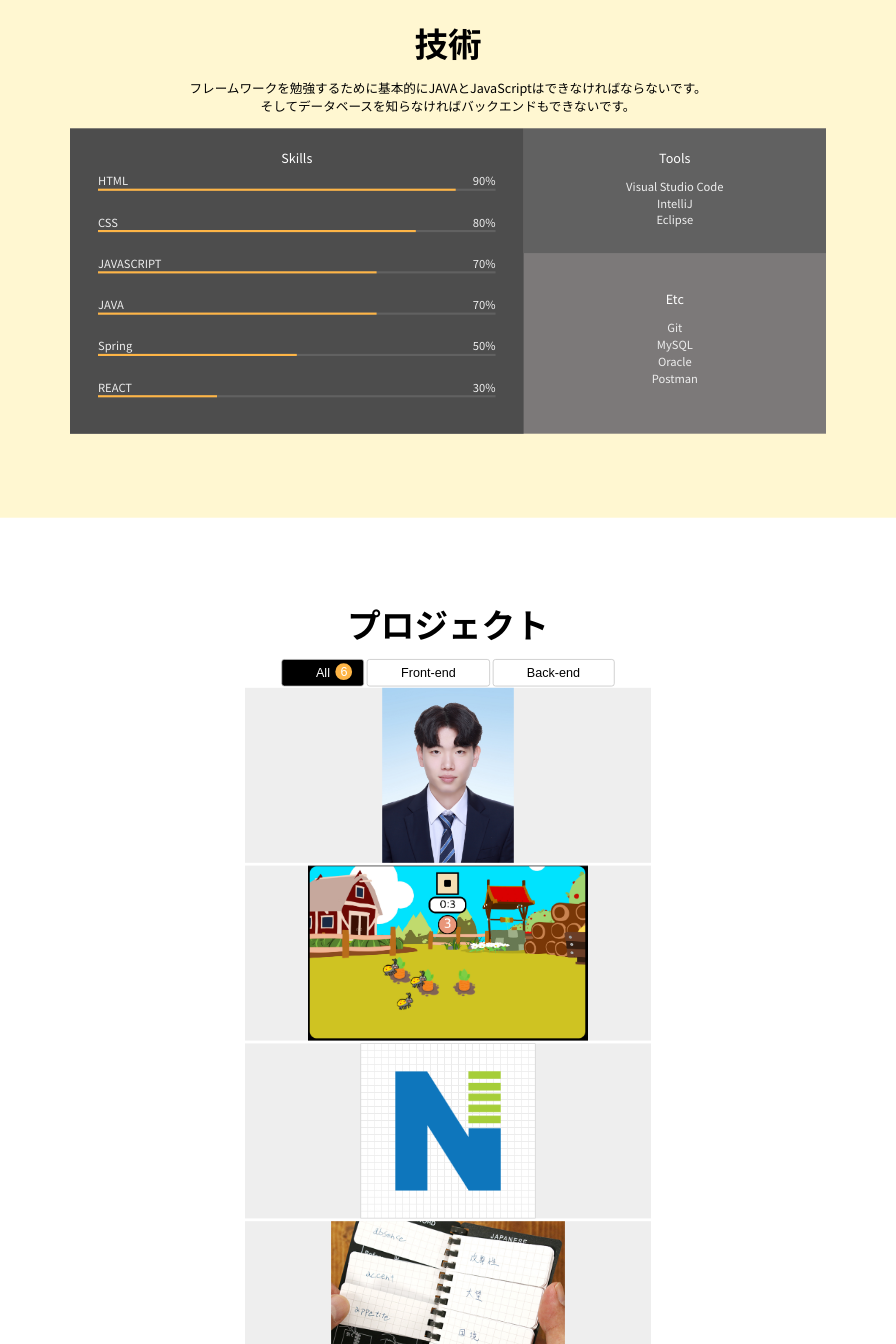
Repository: N1C0N1C0/website_introduction
Page: index.html
An editor plug-in stored every save of this project. The page is shown before and after the next save, followed by the edit.
The browser window is 1280 px wide. The pictures show the part of the page from y = 1722 to 3642 px (the page is 4848 px tall), at 70% of full size.
Some web libraries are served in a nearby version.

Above is the page before, as saved 2023-08-31 15:27:28.

### index.html
<!DOCTYPE html>
<html lang="en">
  <head>
    <meta charset="UTF-8" />
    <meta name="viewport" content="width=device-width, initial-scale=1.0" />
    <title>自己紹介</title>
    <meta
      name="description"
      content="Portfolio for engineer KimJeongmin"
    />
    <meta name="author" content="Kim" />
    <link rel="icon" type="image/icon" href="imgs/file-pdf-solid.svg" />
    <script src="https://kit.fontawesome.com/04742e9fab.js" crossorigin="anonymous"></script>
    <link href="https://fonts.googleapis.com/css2?family=Noto+Sans+JP:wght@300;400;500&display=swap" rel="stylesheet">

    <link rel="stylesheet" href="style.css" />
    <script src="main.js" defer></script>
  </head>
  <body>
    <!-- Navbar -->
    <nav id="navbar">
      <div class="navbar__logo">
        <i class="fa-regular fa-face-smile"></i>
        <a href="#">キムジョンミン</a>
      </div>
        <ul class="navbar__menu">
          <li class="navbar__menu__item active" data-link="#home">ホーム</li>
          <li class="navbar__menu__item" data-link="#about">紹介</li>
          <li class="navbar__menu__item" data-link="#skills">技術</li>
          <li class="navbar__menu__item" data-link="#work">プロジェクト</li>
          <li class="navbar__menu__item" data-link="#contact">連絡</li>
        </ul>

      <!-- Toggle button -->
      <button class="navbar__toggle-btn">
        <i class="fa-solid fa-bars"></i>
      </button>
    </nav>

    <!-- Home -->
    <section id="home">
      <div class="home__container">
      <img src="imgs/kimu.jpg" alt="Anzang" class="home__avatar" />
      <h1 class="home__title">ようこそ <br />キムジョンミンと申します。</h1>
      <h2 class="home__description">
        今は株式会社SISに内定者です。
      </h2>
      <button class="home__contact">連絡しましょう</button>
    </div>
    </section>
    <!-- About -->
    <section id="about" class="section" class="section__container">
      <h1>自己紹介</h1>
      <p>
        初めまして、2022年9月からITの方を勉強しています。<br>
        研修院ではJAVAのみ習ってからあまりは独学で本とネット講義から見て勉強しています。<br>
        最近はspringとreactというフレームワークに関して学んでいます。
      <div class="about__majors">
        <div class="major">
          <div class="major__icon">
            <i class="fa-solid fa-desktop"></i>
          </div>
          <h2 class="major__title">Front-end</h2>
          <div class="major__description">
            HTML, CSS, JavaScript
            <br />React
          </div>
        </div>
        <div class="major">
          <div class="major__icon">
            <i class="fa-solid fa-database"></i>
          </div>
          <h2 class="major__title">Back-end</h2>
          <div class="major__description">
            Java, JavaScript
            <br />
            Spring
          </div>
        </div>
      </div>
      <div class="about__jobs">
        <div class="job">
          <img src="imgs/sis_image.png" alt="sis" class="job__logo" style="width: 100px; height: 70px;"/>
          <div class="job_description">
            <p class="job__name">
              現在、株式会社SISの内定者
            </p>
            <p class="job__period">2023 SIS - From now on</p>
          </div>
        </div>
      </div>
    </section>

    <!-- Skills -->
    <section id="skills" class="section">
      <div class="section__container">
      <h1>技術</h1>
      <p>
        フレームワークを勉強するために基本的にJAVAとJavaScriptはできなければならないです。<br>
        そしてデータベースを知らなければバックエンドもできないです。
      </p>
      <div class="skillset">
        <div class="skillset__left">
          <h3 class="skillset__title">Skills</h3>
          <div class="skill">
            <div class="skill__description">
              <span>HTML</span>
              <span>90%</span>
            </div>
            <div class="skill__bar">
              <div class="skill__value" style="width: 90%;"></div>
            </div>
          </div>
          <div class="skill">
            <div class="skill__description">
              <span>CSS</span>
              <span>80%</span>
            </div>
            <div class="skill__bar">
              <div class="skill__value" style="width: 80%;"></div>
            </div>
          </div>
          <div class="skill">
            <div class="skill__description">
              <span>JAVASCRIPT</span>
              <span>70%</span>
            </div>
            <div class="skill__bar">
              <div class="skill__value" style="width: 70%;"></div>
            </div>
          </div>
          <div class="skill">
            <div class="skill__description">
              <span>JAVA</span>
              <span>70%</span>
            </div>
            <div class="skill__bar">
              <div class="skill__value" style="width: 70%;"></div>
            </div>
          </div>
          <div class="skill">
            <div class="skill__description">
              <span>Spring</span>
              <span>50%</span>
            </div>
            <div class="skill__bar">
              <div class="skill__value" style="width: 50%;"></div>
            </div>
          </div>
          <div class="skill">
            <div class="skill__description">
              <span>REACT</span>
              <span>30%</span>
            </div>
            <div class="skill__bar">
              <div class="skill__value" style="width: 30%;"></div>
            </div>
          </div>
        </div>
        <div class="skillset__right">
          <div class="tools">
            <h3 class="skillset__title">Tools</h3>
            <ul class="tools__list">
              <li><span>Visual Studio Code</span></li>
              <li><span>IntelliJ</span></li>
              <li><span>Eclipse</span></li>
            </ul>
          </div>
          <br>
          <div class="etc">
            <h3 class="skillset__title">Etc</h3>
            <ul class="ect__list">
              <li><span>Git</span></li>
              <li><span>MySQL</span></li>
              <li><span>Oracle</span></li>
              <li><span>Postman</span></li>
            </ul>
          </div>
        </div>
      </div>
    </div>
    </section>
    <!-- Work -->
    <section id="work" class="section">
      <div class="section__container">
      <h1>プロジェクト</h1>
      <div class="work__categories">
        <button class="category__btn selected" data-filter="*">
          All<span class="category__count">6</span>
        </button>
        <button class="category__btn" data-filter="front-end">
          Front-end<span class="category__count">2</span>
        </button>
        <button class="category__btn" data-filter="back-end">
          Back-end<span class="category__count">4</span>
        </button>
      </div>

      <div class="work__projects">
        <a
          href="https://www.youtube.com/@dream-coding"
          class="project"
          target="_blank"
          data-type="front-end"
        >
          <img
            src="imgs/kimu.jpg"
            alt="kimu"
            class="project__img"
          />
          <div class="project__description">
            <h3>自己紹介</h3>
            <span>このウェブサイトを参考にして作ってもいいです。</span>
          </div>
        </a>
        <a
          href="https://github.com/N1C0N1C0/mini_game"
          class="project"
          target="_blank"
          data-type="front-end"
        >
          <img
            src="imgs/mini_game_image.png"
            alt="mini_game"
            class="project__img"
          />
          <div class="project__description">
            <h3>ミニゲーム</h3>
            <span>虫(🐝)を避けてニンジン(🥕)をすべてクリックしたら勝利！</span>
          </div>
        </a>
        <a
          href="https://github.com/N1C0N1C0/JSP-HRD0620"
          class="project"
          target="_blank"
          data-type="back-end"
        >
          <img
            src="imgs/ncs_image.gif"
            alt="Ncs"
            class="project__img"
          />
          <div class="project__description">
            <h3>NCS試験(JSP)</h3>
            <span>情報処理産業技師を取るために何も参考しなくて掲示板を作ることができます。</span>
          </div>
        </a>
        <a
          href="https://github.com/N1C0N1C0/jsp_wordBook"
          class="project"
          target="_blank"
          data-type="back-end"
        >
          <img
            src="imgs/woodbook_image.png"
            alt="Woodbook"
            class="project__img"
          />
          <div class="project__description">
            <h3>Wordbook(JSP)</h3>
            <span>覚えたい単語があったらすぐに登録してから後で読めます。</span>
          </div>
        </a>
        <a
          href="https://github.com/N1C0N1C0/naver_api_search"
          class="project"
          target="_blank"
          data-type="back-end"
        >
          <img
            src="imgs/naver_api_image.jpeg"
            alt="naver_api"
            class="project__img"
          />
          <div class="project__description">
            <h3>Naver API 検索機能</h3>
            <span>Naverから検索機能を利用して食店の情報が出ます。</span>
          </div>
        </a>
        <a
          href="https://github.com/N1C0N1C0/spring_shop"
          class="project"
          target="_blank"
          data-type="back-end"
        >
          <img
            src="imgs/shop_image.jpeg"
            alt="shop"
            class="project__img"
          />
          <div class="project__description">
            <h3>服屋</h3>
            <span>Spring Bootのいろんな機能を利用してウェーブショッピングモールです。</span>
          </div>
        </a>
      </div>
      </div>
    </section>
    <!-- Contact -->
    <section id="contact" class="section">
      <h1 class="contact__title">話しましょう！</h1>
      <h2 class="contact__email">dothd8775@gmail.com</h2>
      <div class="contact__links">
        <a href="https://github.com/N1C0N1C0" target="_blank">
          <i class="fa-brands fa-github"></i>
        </a>
        <a href="https://github.com/N1C0N1C0" target="_blank">
          <i class="fa-brands fa-square-git"></i>
        </a>
      </div>
      <p class="contact__rights">
        2023 個人プロジェクト - All rights reserved
      </p>
    </section>

    <!-- Arrow up -->
    <button class="arrow__up">
      <i class="fa-solid fa-arrow-up"></i>
    </button>
  </body>
</html>

### style.css
/* Global */
:root {
    /* Color */
    --color-white: #fff;
    --color-light-white: #eee;
    --color-dark-white: #bdbdbd;
    --color-pink: #fe918d;
    --color-dark-pink: #ff6863;
    --color-black: #4d4d4d;
    --color-dark-grey: #4d4d4d;
    --color-grey: #616161;
    --color-light-grey: #7c7979;
    --color-blue: #73aace;
    --color-yellow: #fff7d1;
    --color-orange: #feb546;
    --color-black: #000;

    /* Font size */
    --font-large: 48px;
    --font-medium: 28px;
    --font-regular: 18px;
    --font-small: 16px;
    --font-micro: 14px;

    /* Font weight */
    --weight-bold: 700;
    --weight-semi-bold: 600;
    --weight-regular: 400;

    /* Size */
    --size-border-radius: 4px;

    /* Animation */
    --animation-duration: 300ms;
}

/* Universal tags */
* {
    box-sizing: border-box;
}

body {
    font-family: 'Noto Sans JP', sans-serif;
    margin: 0;
    cursor: default;
}

a {
    text-decoration: none;
    color: var(--color-white);
}

ul {
    list-style: none;
    padding-left: 0;
}

button {
    background-color: transparent;
    cursor: pointer;
    border: none;
    outline: none;
    padding: 0;
}

/* Typography */
h1 {
    font-size: var(--font-large);
    font-weight: var(--weight-bold);
    color: var(--color-black);
    margin: 16px 0;
}

h2 {
    font-size: var(--font-medium);
    font-weight: var(--weight-semi-bold);
    color: var(--color-black);
    margin: 8px 0;
}

h3 {
    font-size: var(--font-regular);
    font-weight: var(--weight-regular);
    color: var(--color-black);
    margin: 8px 0;
}

p {
    font-size: var(--font-regular);
    font-weight: var(--weight-regular);
    color: var(--color-black);
    margin: 4px 0;
}

/* Navbar */
#navbar {
    position: fixed;
    width: 100%;
    display: flex;
    justify-content: space-between;
    background-color: transparent;
    align-items: center;
    color: var(--color-white);
    padding: 16px;
    transition: all var(--animation-duration) ease-in-out;
    z-index: 1;
}

#navbar.navbar--dark {
    background-color: var(--color-black);
    padding: 16px;

}

.navbar__menu {
    display: flex;
}

.navbar__logo {
    font-size: var(--font-medium);
    font-weight: var(--weight-semi-bold);
}

.navbar__menu__item {
    padding: 8px 12px;
    margin: 0 4px;
    cursor: pointer;
    color: var(--color-white);
    border: 1px solid transparent;
    border-radius: var(--size-border-radius);
}

.navbar__menu__item.active {
    border: 1px solid var(--color-white);
}

.navbar__menu__item:hover {
    border-color: var(--color-white);
    background-attachment: var(--color-dark-grey);
}

.navbar__toggle-btn {
    position: absolute;
    top: 20px;
    right: 32px;
    font-size: 24px;
    color: var(--color-white);
    display: none;
}

/* Home */
#home {
    background-color: var(--color-black);
    padding: 40px;
    padding-top: 120px;
    text-align: center;
}

.home__avatar {
    width: 250px;
    height: 250px;
    border-radius: 50%;
    border: 2px solid var(--color-light-white);
}

.home__title,
.home__description {
    color: var(--color-white);
}

.home__contact {
    color: var(--color-white);
    font-size: var(--font-regular);
    font-weight: var(--weight-bold);
    margin: 24px;
    padding: 8px 12px;
    border: 2px solid var(--color-white);
    border-radius: var(--size-border-radius);
}

.home__contact:hover {
    background-color: var(--color-orange);
}

/* Section common */
.section {
    padding: 100px;
    text-align: center;
    margin: auto;
}

.section__container {
    max-width: 1200px;
    margin: auto;
}

/* About */
.about__majors {
    display: flex;
    justify-content: space-around;
    margin: 80px 0;
}

.major__icon {
    width: 170px;
    height: 170px;
    line-height: 170px;
    font-size: 70px;
    margin: auto;
    color: var(--color-blue);
    border: 1px solid var(--color-blue);
    border-radius: 50%;
    margin-bottom: 16px;
}
.major__icon i {
    transition: all var(--animation-duration) ease;
}
.major__icon:hover i {
    color: var(--color-pink);
    transform: rotate(-45deg) scale(1.1);
}
.major__title, .major__description {
    color: var(--color-dark-grey);
}

.major__description {
    font-size: var(--font-small);
}

.job {
    display: flex;
    align-items: center;
    margin-bottom: 10px;
}

.job_description {
    margin: 0 16px;
    text-align: left;
}

.job__name,
.job__period {
    color: var(--color-light-grey);
}

.job__name {
    font-size: var(font-small);
}

.job__period {
    font-size: var(--font-micro);
}

/* Skill */

#skills {
    background-color: var(--color-yellow);
}

.skillset {
    display: flex;
    background-color: var(--color-light-grey);
    color: var(--color-light-white);
    margin: 20px 0;
}

.skillset__title {
    color: var(--color-white);
}

.skill {
    margin-bottom: 32px;
}

.skill__description {
    display: flex;
    justify-content: space-between;
}

.skillset__left {
    flex-basis: 60%;
    background-color: var(--color-dark-grey);
    padding: 20px 40px;
}

.skill__bar {
    width: 100%;
    height: 3px;
    background-color: var(--color-grey);
}

.skill__value {
    height: 3px;
    background-color: var(--color-orange);
}

.skillset__right {
    flex-basis: 40%;
}

.tools {
    background-color: var(--color-grey);
}

.tools,
.etc {
    padding: 20px;
}

/* Work */

.work_categories {
    margin: 40px;
}

.category__btn {
    border: 1px solid var(--color-dark-white);
    border-radius: var(--size-border-radius);
    font-size: var(--font-regular);
    padding: 8px 48px;
    position: relative;
}

.category__btn.selected,
.category__btn:hover {
    background-color: var(--color-black);
    color: var(--color-white);
}

.category__btn.selected .category__count,
.category__btn:hover .category__count {
    opacity: 1;
}
.category__count {
    background-color: var(--color-orange);
    border-radius: 50%;
    color: var(--color-white);
    margin-left: 5px;
    width: 24px;
    height: 24px;
    line-height: 24px;
    display: inline-block;
    position: absolute;
    top: 5px;
    right: 16px;
    opacity: 0;
    transition: all var(--animation-duration) ease;
}

.work__projects {
    display: flex;
    flex-wrap: wrap;
    justify-content: center;
    opacity: 1;
    transition: all var(--animation-duration) ease-out;
}

.work__projects.anim-out {
    opacity: 0;
    transform: scale(0.96) translateY(40px);

}

.project {
    position: relative;
    display: flex;
    flex-direction: column;
    justify-content: center;
    width: 580px;
    height: 250px;
    margin: 2px;
    background-color: var(--color-light-white);
}

.project.invisible {
    display: none;
}

.project__img {
    max-width: 100%;
    max-height: 100%;
    align-self: center;
}

.project__description {
    position: absolute;
    background-color: black;
    display: flex;
    flex-direction: column;
    justify-content: center;
    width: 100%;
    height: 100%;
    top: 0;
    left: 0;
    opacity: 0;
    transform: translateY(15px);
    transition: all var(--animation-duration) ease-in;
}

.project:hover .project__description {
    opacity: 0.8;
    transform: translateY(0px);
}

.project__description h3 {
    color: var(--color-orange);
}

.project__description h3:after {
    content: '';
    display: block;
    position: relative;
    left: 50%;
    width: 50px;
    height: 2px;
    transform: translateX(-25%);
    margin-left: -12px;
    margin-top: 8px;
    background-color: var(--color-dark-white);
}



/* Contact */
#contact {
    background-color: var(--color-black);
}

.contact__title,
.contact__email,
.contact__rights {
    color: var(--color-white);
}

.contact__title {
    margin: 32px 0;
}

.contact__links {
    font-size: var(--font-large);
    margin: 24px 0;
}

.contact__links i:hover {
    transform: scale(1.1);
    color: var(--color-yellow);
    transition: all var(--animation-duration) ease-in;
}

/* Scroll */
.arrow__up {
    position: fixed;
    bottom: 50px;
    right: 50px;
    width: 70px;
    height: 70px;
    font-size: 50px;
    color: var(--color-white);
    background-color: var(--color-black);
    border-radius: 50%;
    opacity: 0;
    pointer-events: none;
    transition: all var(--animation-duration) ease-in;
}

.arrow__up.visible {
    opacity: 1;
    pointer-events: auto;
}

/* For below 768px screen width */
@media screen and (max-width: 768px) {
    :root {
        /* Font size */
        --font-large: 30px;
        --font-medium: 18px;
        --font-regular: 16px;
        --font-small: 14px;
        --font-micro: 12px;
    }

    .navbar__toggle-btn {
        display: block;
        top: 16px;
        right: 16px;
        font-size: var(--font-medium);
    }

    #navbar {
        flex-direction: column;
        align-items: flex-start;
        background-color: var(--color-black);
    }

    #navbar.navbar--dark {
        padding: 16px;
    }

    .navbar__menu {
        flex-direction: column;
        text-align: center;
        width: 100%;
        display: none;
    }

    .navbar__menu.open {
        display: block;
    }

    .section {
        padding: 16px;
        padding-top: 40px;
    }

    .about__majors {
        flex-direction: column;
        margin-top: 30px;
        margin-bottom: 0;
    }

    .major {
        margin-bottom: 30px;
    }

    .skillset {
        flex-direction: column;
    }

    .category__btn {
        margin: 4px 0;
    }

    .work__categories {
        display: flex;
        flex-direction: column;
        margin-bottom: 10px;
    }

    .project {
        flex-grow: 1;
    }

    .testimonial {
        flex-direction: column;
        align-items: center;
    }

    .testimonial__avatar {
        width: 120px;
        height: 120px;
    }

    .testimonial__avatar:nth-child(odd),
    .testimonial__avatar:nth-child(even) {
        margin: 0;
        margin-bottom: 8px;
    }

    .testimonial__speech-bubble {
        order: 1;
    }

    .arrow__up {
        width: 50px;
        height: 50px;
        font-size: 30px;
        right: 16px;
        bottom: 16px;
    }
}

Loaded but not shown: main.js (153 lines, source omitted)

After the next save:
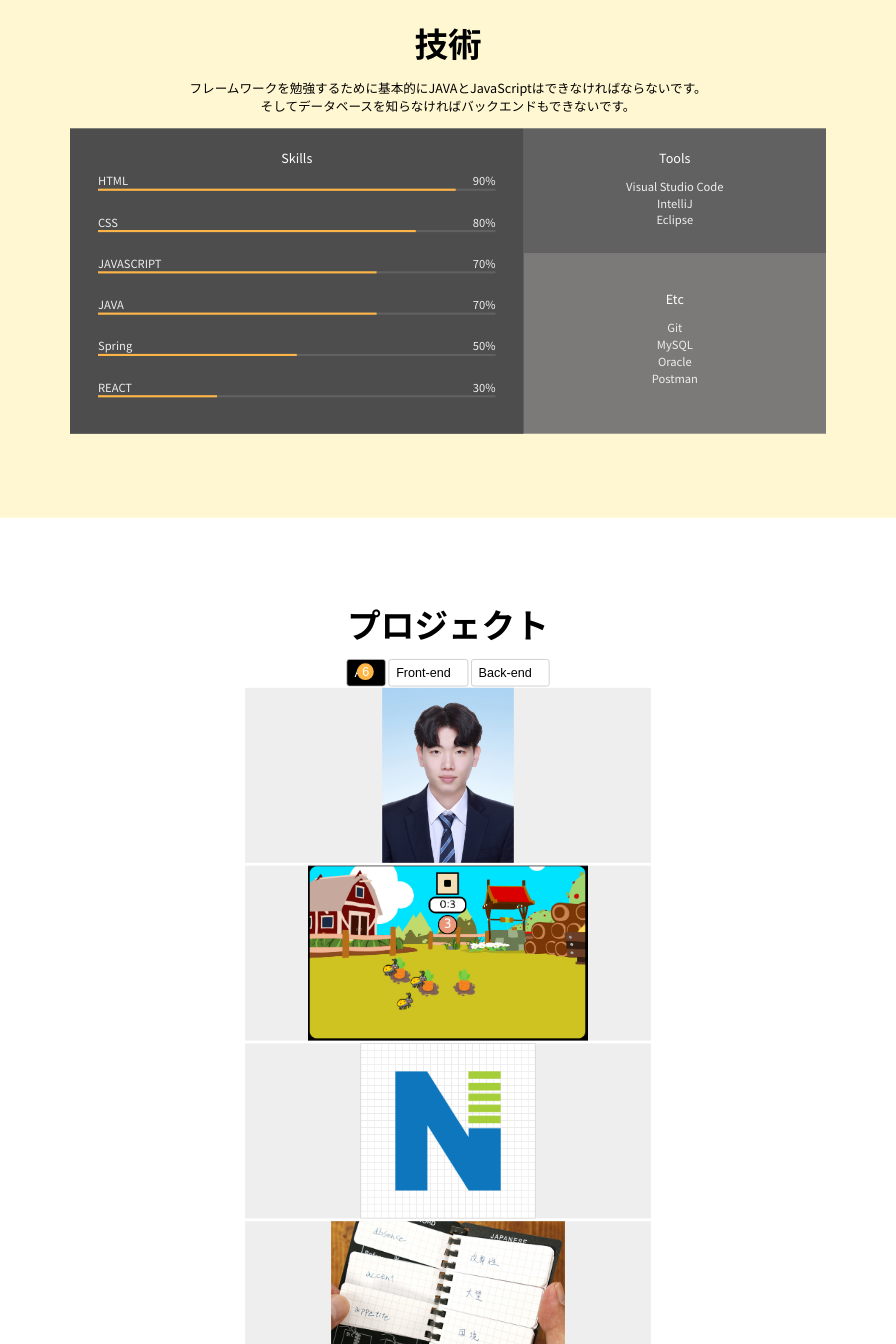
Saved 2 min 49 s later.
--- a/style.css
+++ b/style.css
@@ -317,7 +317,7 @@ p {
     border: 1px solid var(--color-dark-white);
     border-radius: var(--size-border-radius);
     font-size: var(--font-regular);
-    padding: 8px 48px;
+    padding: 8px 24px 8px 10px;
     position: relative;
 }
 
